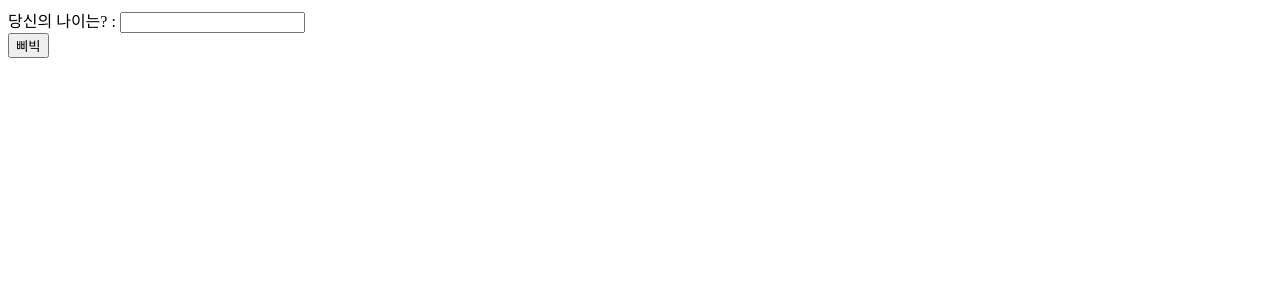
Repository: lee-ruru/jsp_practice
Page: http://localhost/JSPBasic/JspObject/4.objecttest/bus_form.jsp
An editor plug-in stored every save of this project. The page is shown before and after the next save, followed by the edit.
The browser window is 1280 px wide. The pictures show the whole page.
The page is served by Tomcat 9.

Above is the page before, as saved 2022-02-07 05:10:52.

After the next save:
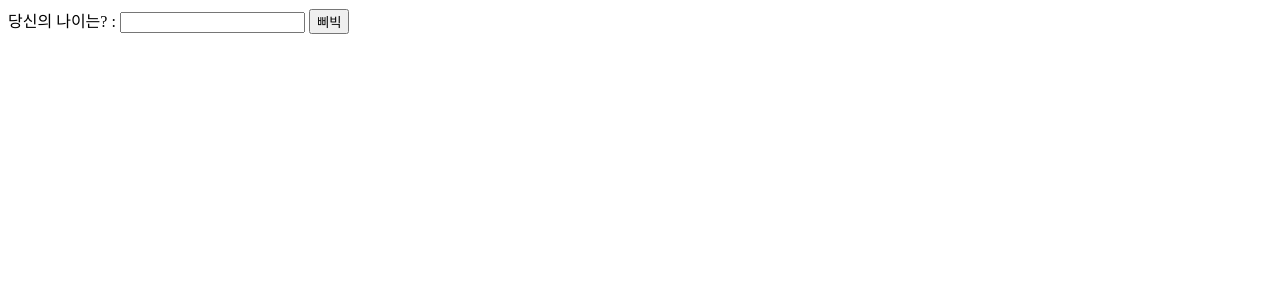
Saved 51 s later.
--- a/JSPBasic/src/main/webapp/JspObject/4.objecttest/bus_form.jsp
+++ b/JSPBasic/src/main/webapp/JspObject/4.objecttest/bus_form.jsp
@@ -8,7 +8,7 @@
 </head>
 <body>
 	<form action = "bus_check.jsp">
-	당신의 나이는? : <input type="text" name="age"/><br/>
+	당신의 나이는? : <input type="text" name="age"/>
 	<input type = "submit" value="삐빅"/>
 	</form>
 </body>
